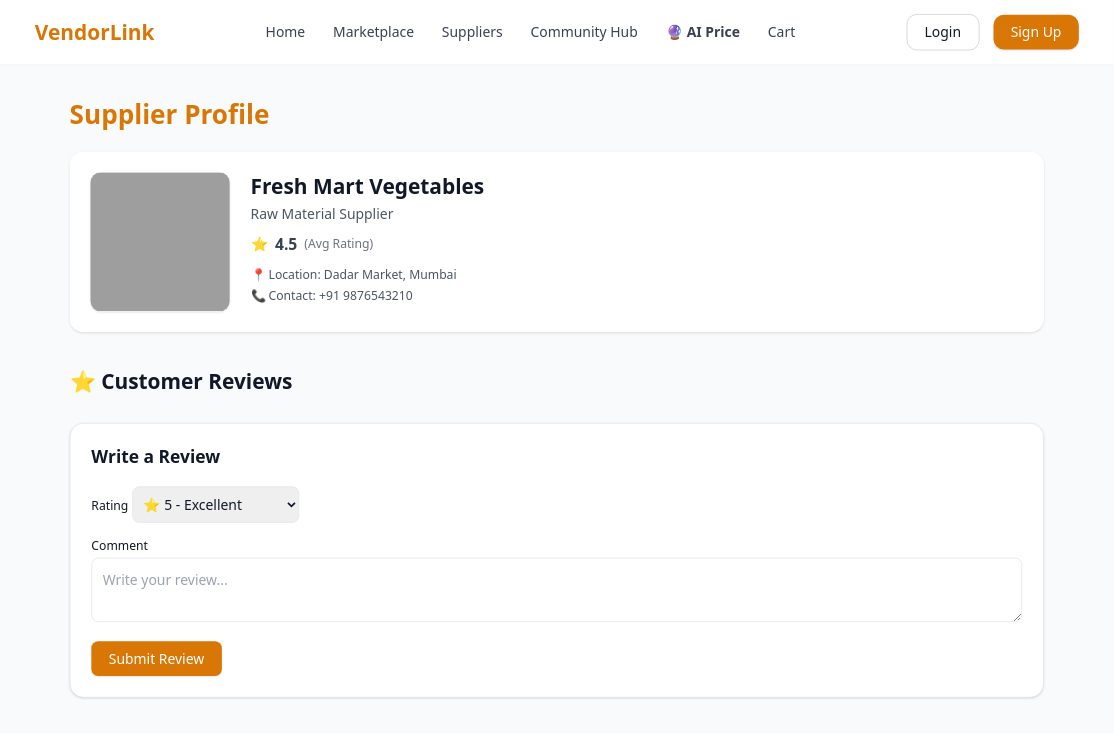
Repository: Omkar0746/VendorLink_Hackathon
Page: VendorLink_Project-main/frontend/suppliers.html
The author's editor kept a copy of each file at every save. The page is drawn from the files as they stood at one save, then again after the next save.
The browser window is 1280 px wide. The pictures show the whole page, at 87% of full size.
Pictures or frames that could not be fetched are drawn as grey boxes. The page's requests for data from a server got no answer. Some web libraries are served in a nearby version.

Above is the page before, as saved 2025-11-28 19:35:21.

### VendorLink_Project-main/frontend/suppliers.html
<!DOCTYPE html>
<html lang="en" class="bg-gray-50 dark:bg-gray-900">
<head>
  <meta charset="UTF-8">
  <title>Suppliers • VendorLink</title>

  <script src="https://cdn.tailwindcss.com"></script>
  <script>
    tailwind.config = { darkMode: "class" };
  </script>
</head>

<body class="text-gray-900 dark:text-gray-100">

<!-- Navbar -->
<script type="module" src="assets/js/navbar.js"></script>

<main class="max-w-6xl mx-auto px-4 py-10">

  <h1 class="text-3xl font-bold text-amber-600 mb-6">Supplier Profile</h1>

  <!-- Supplier Card -->
  <div id="supplierCard"
       class="bg-white dark:bg-gray-800 shadow rounded-2xl p-6 flex flex-col md:flex-row gap-6">

    <!-- Supplier Image -->
    <div>
      <img id="supplierImage"
           src="https://i.postimg.cc/yx2c4yJQ/supplier.jpg"
           class="w-40 h-40 rounded-xl object-cover shadow">
    </div>

    <!-- Supplier Information -->
    <div class="flex-1">
      <h2 id="supplierName" class="text-2xl font-bold"></h2>
      <p id="supplierCategory" class="text-gray-600 dark:text-gray-300 mt-1"></p>

      <p class="mt-2 text-gray-700 dark:text-gray-300 flex items-center gap-2">
        ⭐ <span id="supplierRating" class="font-semibold text-lg">4.5</span>
        <span class="text-sm text-gray-500">(Avg Rating)</span>
      </p>

      <p id="supplierLocation"
         class="mt-3 text-sm text-gray-600 dark:text-gray-400">
      </p>

      <p id="supplierContact"
         class="mt-1 text-sm text-gray-600 dark:text-gray-400">
      </p>
    </div>
  </div>

  <!-- Customer Reviews Section -->
  <section class="mt-10">
    <h2 class="text-2xl font-bold mb-4">⭐ Customer Reviews</h2>

    <!-- Reviews List -->
    <div id="reviewsContainer" class="space-y-4"></div>

    <!-- No reviews -->
    <p id="noReviewsMsg" class="text-gray-500 dark:text-gray-400 hidden">
      No reviews yet. Be the first to review!
    </p>

    <!-- Add Review Form -->
    <div class="mt-8 bg-white dark:bg-gray-800 border border-gray-200 dark:border-gray-600
                rounded-2xl p-6 shadow">
      <h3 class="text-xl font-semibold mb-4">Write a Review</h3>

      <label class="text-sm font-medium">Rating</label>
      <select id="rating"
              class="mt-1 p-2 border rounded-lg dark:bg-gray-900 dark:border-gray-700 w-48">
        <option value="5">⭐ 5 - Excellent</option>
        <option value="4">⭐ 4 - Good</option>
        <option value="3">⭐ 3 - Average</option>
        <option value="2">⭐ 2 - Poor</option>
        <option value="1">⭐ 1 - Very Bad</option>
      </select>

      <label class="block mt-4 text-sm font-medium">Comment</label>
      <textarea id="comment"
                class="w-full mt-1 p-3 rounded-lg border dark:bg-gray-900 dark:border-gray-700"
                placeholder="Write your review..."></textarea>

      <button onclick="addReview()"
              class="mt-4 bg-amber-600 hover:bg-amber-700 text-white px-5 py-2 rounded-lg shadow">
        Submit Review
      </button>
    </div>
  </section>

</main>

<!-- Reviews Script -->
<script src="assets/js/reviews.js"></script>

<script>
// LOAD SUPPLIER DETAILS FROM QUERY STRING ?id=

const supplierId = new URLSearchParams(window.location.search).get("id");
localStorage.setItem("currentSupplier", supplierId);

// Dummy Supplier Fallback Data (You can adjust or replace with API)
const supplierData = {
  name: "Fresh Mart Vegetables",
  category: "Raw Material Supplier",
  location: "Dadar Market, Mumbai",
  contact: "+91 9876543210",
};

// Inject Supplier Data
document.getElementById("supplierName").textContent = supplierData.name;
document.getElementById("supplierCategory").textContent = supplierData.category;
document.getElementById("supplierLocation").textContent =
  "📍 Location: " + supplierData.location;
document.getElementById("supplierContact").textContent =
  "📞 Contact: " + supplierData.contact;

// Load reviews immediately
loadReviews(supplierId);
</script>

</body>
</html>

### VendorLink_Project-main/frontend/assets/js/navbar.js
// assets/js/navbar.js

document.addEventListener("DOMContentLoaded", () => {
  const nav = document.createElement("div");

  nav.innerHTML = `
    <nav class="w-full px-10 py-4 bg-white dark:bg-gray-900 shadow-sm flex items-center justify-between">

      <!-- Logo -->
      <a href="index.html" class="text-2xl font-bold text-amber-600">VendorLink</a>

      <!-- Navbar Links -->
      <ul class="flex items-center space-x-8 text-gray-700 dark:text-gray-200 font-medium">
        <li><a href="index.html" class="hover:text-amber-600">Home</a></li>
        <li><a href="marketplace.html" class="hover:text-amber-600">Marketplace</a></li>
        <li><a href="suppliers.html" class="hover:text-amber-600">Suppliers</a></li>
        <li><a href="community.html" class="hover:text-amber-600">Community Hub</a></li>

        <!-- ⭐ New AI Price Button -->
        <li>
          <a href="ai_predict.html" class="hover:text-purple-600 font-semibold">
            🔮 AI Price
          </a>
        </li>

        <li><a href="cart.html" class="hover:text-amber-600">Cart</a></li>
      </ul>

      <!-- Right Side Auth Buttons -->
      <div id="authButtons" class="flex items-center space-x-4"></div>

    </nav>
  `;

  document.body.prepend(nav);

  // -------------------------------
  // AUTHENTICATION STATE HANDLING
  // -------------------------------
  const authBox = document.getElementById("authButtons");
  const loggedUser = JSON.parse(localStorage.getItem("vendorlink_user"));

  if (!loggedUser) {
    // User NOT logged in → Show Login + Sign Up
    authBox.innerHTML = `
      <a href="login.html"
         class="px-5 py-2 border border-gray-300 rounded-xl hover:bg-gray-100 dark:hover:bg-gray-800">
        Login
      </a>

      <a href="signup.html"
         class="px-5 py-2 bg-amber-600 text-white rounded-xl hover:bg-amber-700 shadow">
        Sign Up
      </a>
    `;
  } else {
    // User Logged In → Show Profile + Logout
    authBox.innerHTML = `
      <a href="${loggedUser.role === "supplier" ? "supplier_dashboard.html" : "profile.html"}"
         class="flex items-center space-x-2">
        <img src="https://avatar.iran.liara.run/public"
             class="w-8 h-8 rounded-full border" />
        <span>${loggedUser.name}</span>
      </a>

      <button id="logoutBtn"
              class="px-5 py-2 bg-red-500 text-white rounded-xl hover:bg-red-600 shadow">
        Logout
      </button>
    `;

    // Logout Logic
    document.getElementById("logoutBtn").addEventListener("click", () => {
      localStorage.removeItem("vendorlink_user");
      window.location.href = "index.html";
    });
  }
});

### VendorLink_Project-main/frontend/assets/js/reviews.js
// LOAD REVIEWS
async function loadReviews(supplierId) {
  const res = await fetch(`http://localhost:5000/api/reviews/supplier/${supplierId}`);
  const reviews = await res.json();

  const container = document.getElementById("reviewsContainer");
  container.innerHTML = "";

  reviews.forEach(r => {
    container.innerHTML += `
      <div class="p-3 rounded border bg-gray-50 dark:bg-gray-700">
        <p class="font-semibold">${"⭐".repeat(r.rating)}</p>
        <p class="text-sm text-gray-300">${r.userId?.name || "User"}</p>
        <p>${r.comment}</p>
      </div>
    `;
  });
}

// ADD REVIEW
async function addReview() {
  const token = localStorage.getItem("token");
  const supplierId = localStorage.getItem("currentSupplier");

  const rating = document.getElementById("rating").value;
  const comment = document.getElementById("comment").value;

  const res = await fetch("http://localhost:5000/api/reviews/add", {
    method: "POST",
    headers: {
      "Content-Type": "application/json",
      Authorization: `Bearer ${token}`
    },
    body: JSON.stringify({ supplierId, rating, comment })
  });

  const data = await res.json();
  alert(data.message);

  loadReviews(supplierId);
}

### VendorLink_Project-main/frontend/components/footer.html
<footer class="bg-gray-900 text-gray-300 py-10 mt-16">
  <div class="max-w-7xl mx-auto px-6 grid grid-cols-1 md:grid-cols-4 gap-8">

    <div>
      <h3 class="text-amber-500 font-bold text-lg mb-3">VendorLink</h3>
      <p class="text-sm leading-relaxed">
        Smart sourcing platform for street food vendors and suppliers.
        Connecting businesses, reducing costs, and boosting growth.
      </p>
    </div>

    <div>
      <h4 class="font-semibold text-white mb-3">Quick Links</h4>
      <ul class="space-y-2">
        <li><a href="index.html" class="hover:text-amber-400">Home</a></li>
        <li><a href="marketplace.html" class="hover:text-amber-400">Marketplace</a></li>
        <li><a href="suppliers.html" class="hover:text-amber-400">Suppliers</a></li>
        <li><a href="community.html" class="hover:text-amber-400">Community Hub</a></li>
      </ul>
    </div>

    <div>
      <h4 class="font-semibold text-white mb-3">Support</h4>
      <ul class="space-y-2">
        <li><a href="#" class="hover:text-amber-400">Help Center</a></li>
        <li><a href="#" class="hover:text-amber-400">FAQs</a></li>
        <li><a href="#" class="hover:text-amber-400">Report Issue</a></li>
      </ul>
    </div>

    <div>
      <h4 class="font-semibold text-white mb-3">Contact</h4>
      <p class="text-sm">📧 support@vendorlink.com</p>
      <p class="text-sm">📍 Mumbai, India</p>

      <div class="flex gap-3 mt-3">
        <a href="#" class="hover:text-amber-400 text-xl">🌐</a>
        <a href="#" class="hover:text-amber-400 text-xl">📘</a>
        <a href="#" class="hover:text-amber-400 text-xl">🐦</a>
      </div>
    </div>

  </div>

  <div class="text-center text-gray-500 mt-10 text-sm border-t border-gray-700 pt-4">
    © 2025 VendorLink. All rights reserved.
  </div>
</footer>

After the next save:
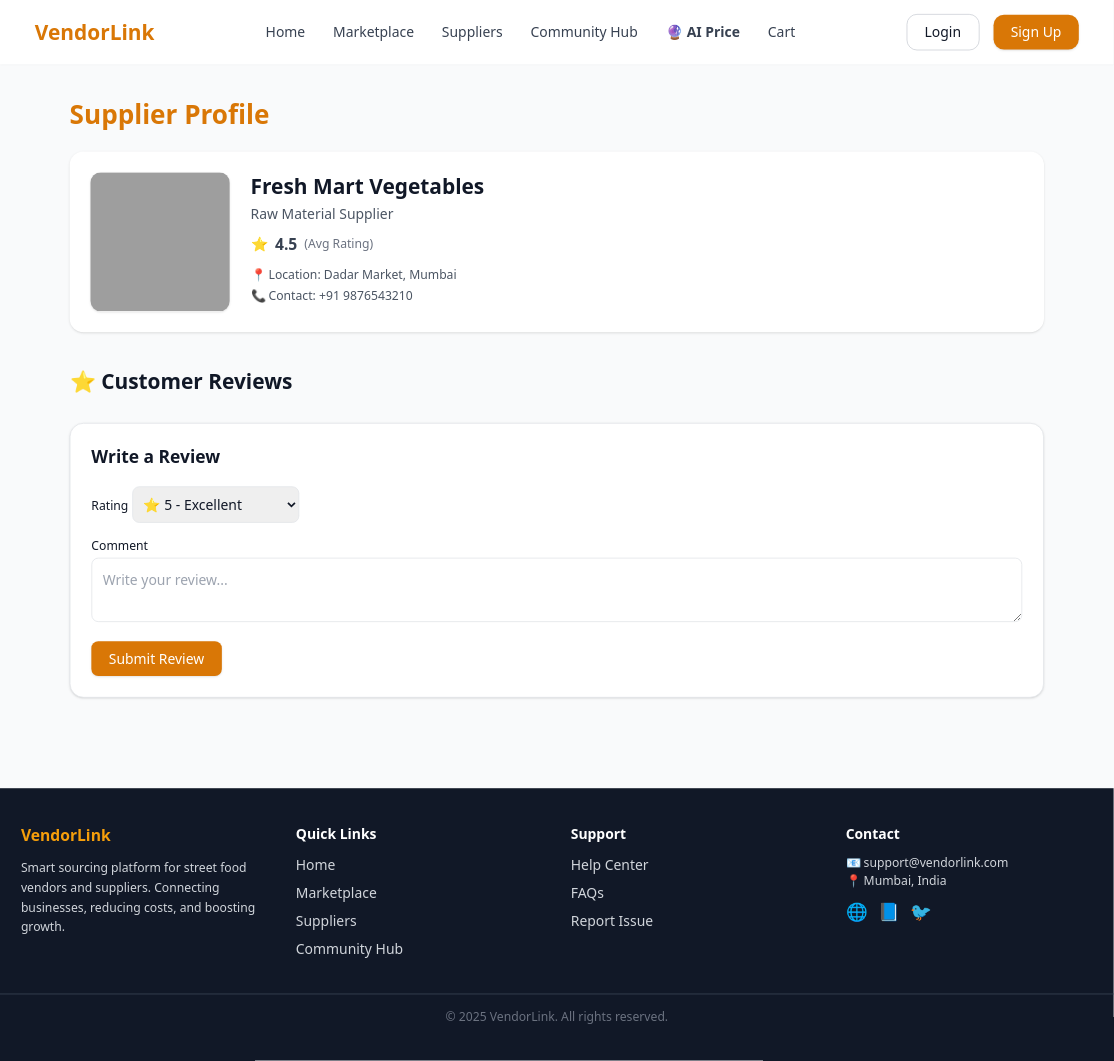
Saved 21 s later.
--- a/VendorLink_Project-main/frontend/assets/js/navbar.js
+++ b/VendorLink_Project-main/frontend/assets/js/navbar.js
@@ -76,3 +76,10 @@ document.addEventListener("DOMContentLoaded", () => {
     });
   }
 });
+
+// LOAD FOOTER ON EVERY PAGE
+fetch("components/footer.html")
+  .then(res => res.text())
+  .then(html => {
+    document.body.insertAdjacentHTML("beforeend", html);
+  });
